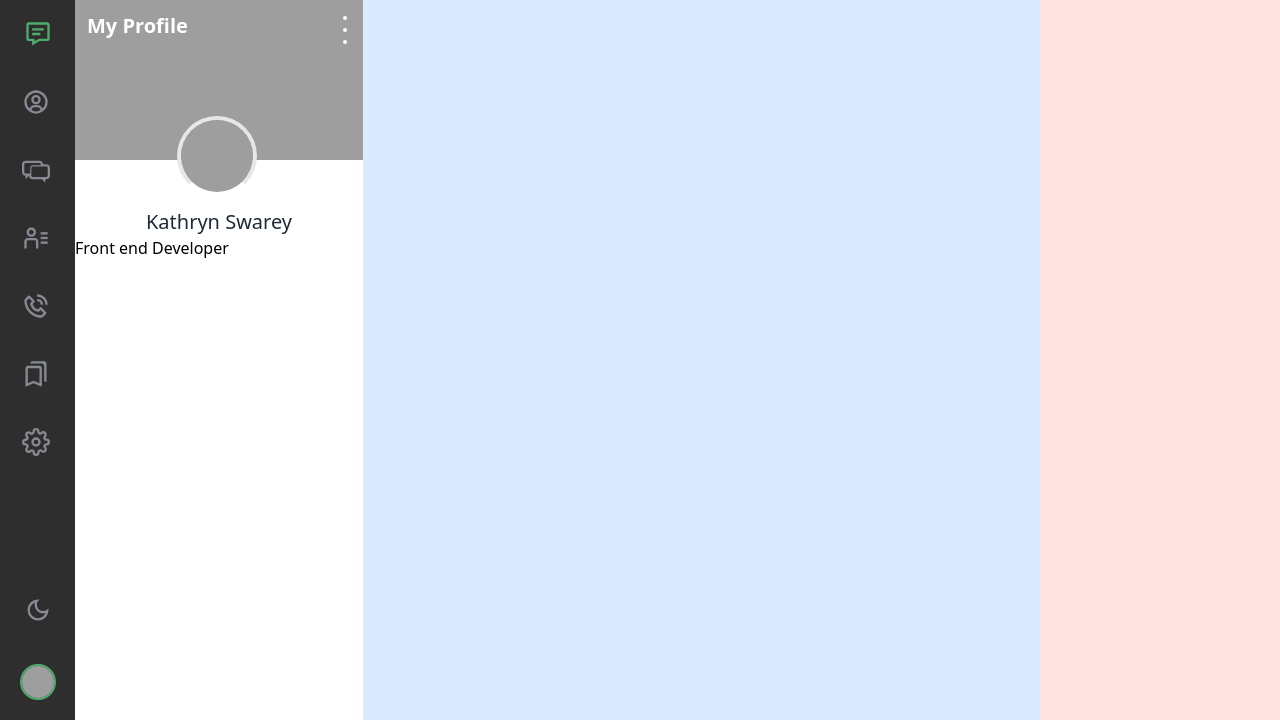
Repository: satya-ranjon/Chat-app
Page: /
An editor plug-in stored every save of this project. The page is shown before and after the next save, followed by the edit.
The browser window is 1280 px wide. The pictures show the whole page.
Pictures or frames that could not be fetched are drawn as grey boxes. The project was rebuilt for these pictures with package versions that can differ from the ones it lists, and the page was loaded fresh each time.

Above is the page before, as saved 2022-03-31 03:49:55.

After the next save:
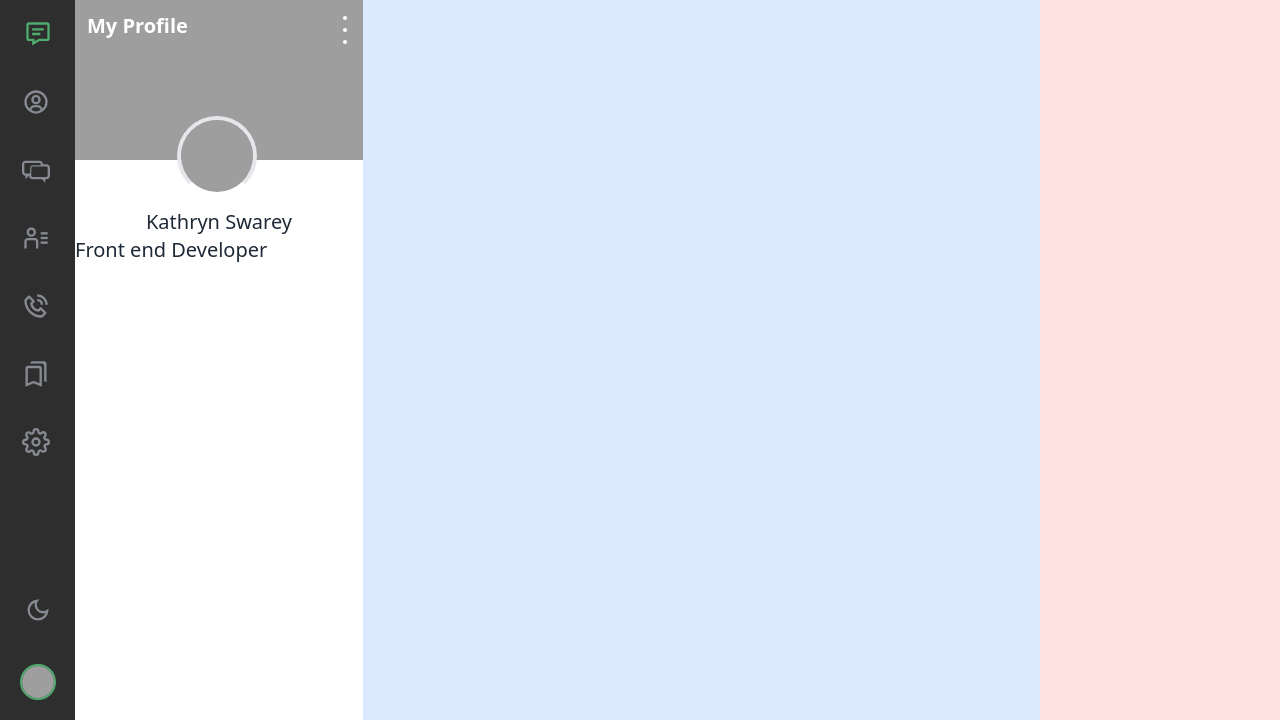
Saved 10 s later.
--- a/src/components/MyProfile/MyProfile.jsx
+++ b/src/components/MyProfile/MyProfile.jsx
@@ -19,8 +19,10 @@ export default function MyProfile() {
             <p className="bg-white w-1 h-1 rounded-full m-1"></p>
           </div>
         </div>
-        <p className="text-xl text-gray-800 text-center ">Kathryn Swarey</p>
-        <span>Front end Developer</span>
+        <p className="text-xl text-gray-800 text-center">Kathryn Swarey</p>
+        <span className="text-xl text-gray-800 text-center">
+          Front end Developer
+        </span>
       </div>
     </div>
   );
